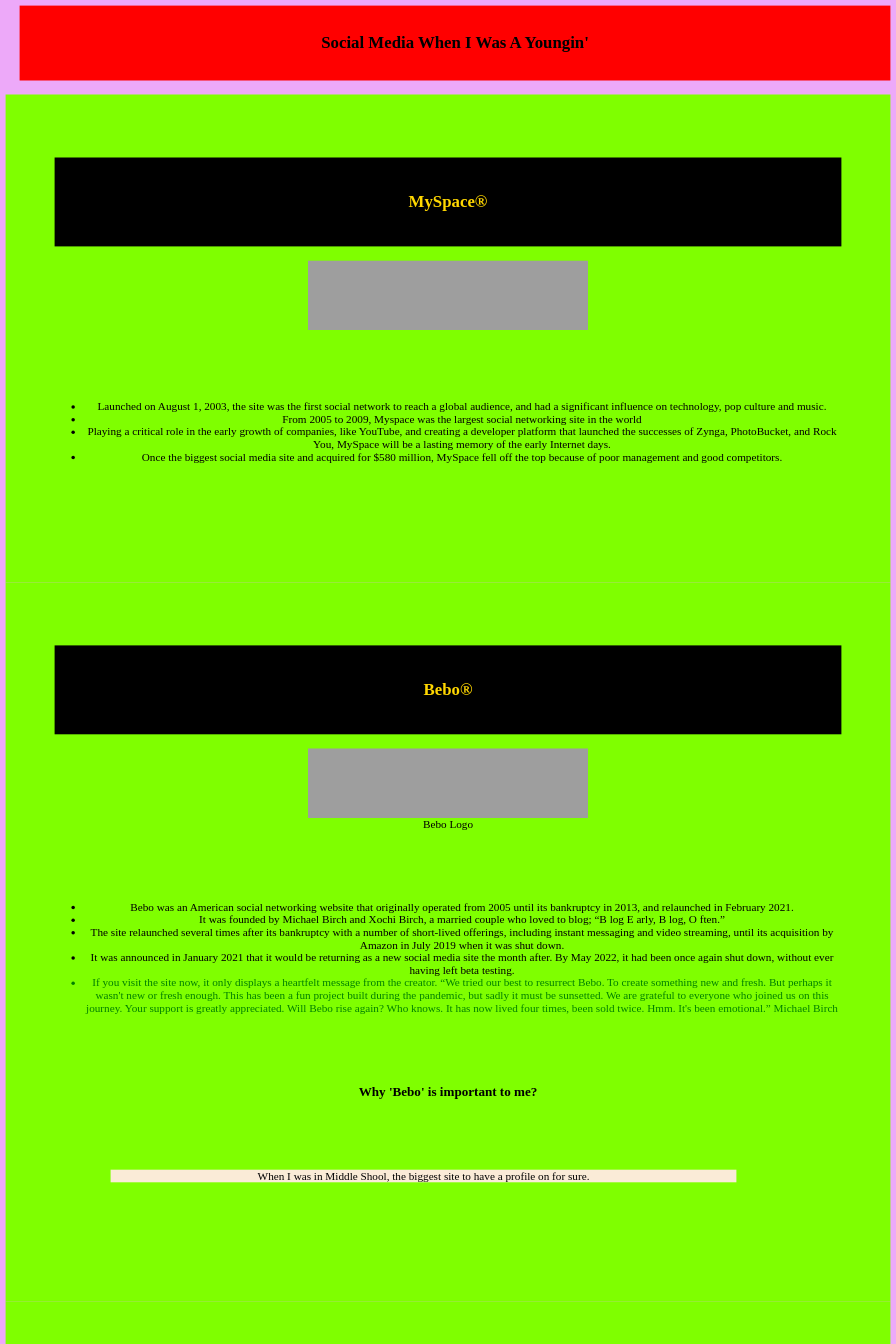
Repository: AndrewGrantt/LC101
Page: LC101/js-assignment-4-html-me-something-buffylow/index.html
An editor plug-in stored every save of this project. The page is shown before and after the next save, followed by the edit.
The browser window is 1280 px wide. The pictures show the part of the page from y = 0 to 1920 px (the page is 2871 px tall before and 2511 px after), at 70% of full size.
Pictures or frames that could not be fetched are drawn as grey boxes.

Above is the page before, as saved 2022-07-15 06:37:18.

After the next save:
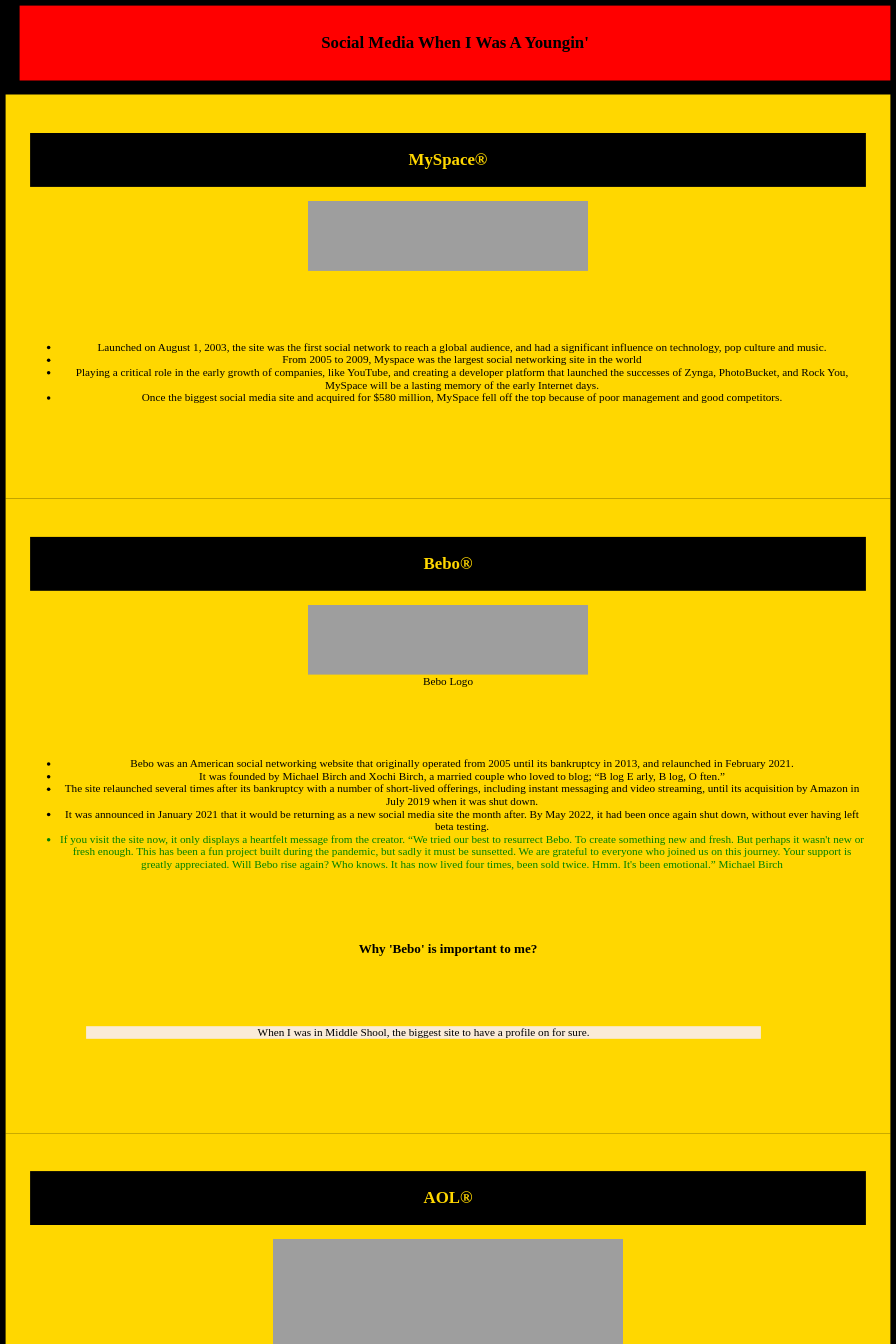
Saved 111 s later.
--- a/LC101/js-assignment-4-html-me-something-buffylow/styles.css
+++ b/LC101/js-assignment-4-html-me-something-buffylow/styles.css
@@ -1,6 +1,6 @@
 
 body {
-    background-color: rgba(225, 111, 246, 0.595);
+    background-color: black;
   }
 
   h1 {
@@ -11,8 +11,8 @@
     .sites {
     color: black;
     text-align: center;
-    padding: 70px;
-    background-color: chartreuse;
+    padding: 35px;
+    background-color: gold;
   }
   p {
     margin-top: 100px;
@@ -33,7 +33,7 @@
     }
     #headcolor{
         color:gold;
-        padding: 50px;
+        padding: 25px;
         background-color: black;
 
     }
